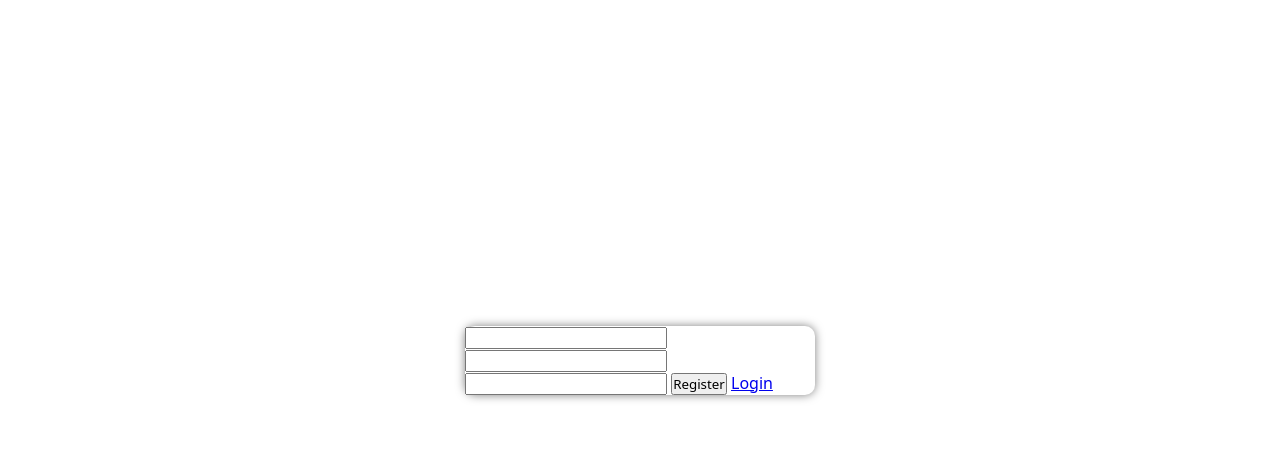
Repository: SanjaySokal/learn-java
Page: http://localhost/ServletProject/home.jsp
The author's editor kept a copy of each file at every save. The page is drawn from the files as they stood at one save, then again after the next save.
The browser window is 1280 px wide. The pictures show the whole page.
The page is served by Tomcat 9.

Above is the page before, as saved 2023-09-09 03:07:27.

After the next save:
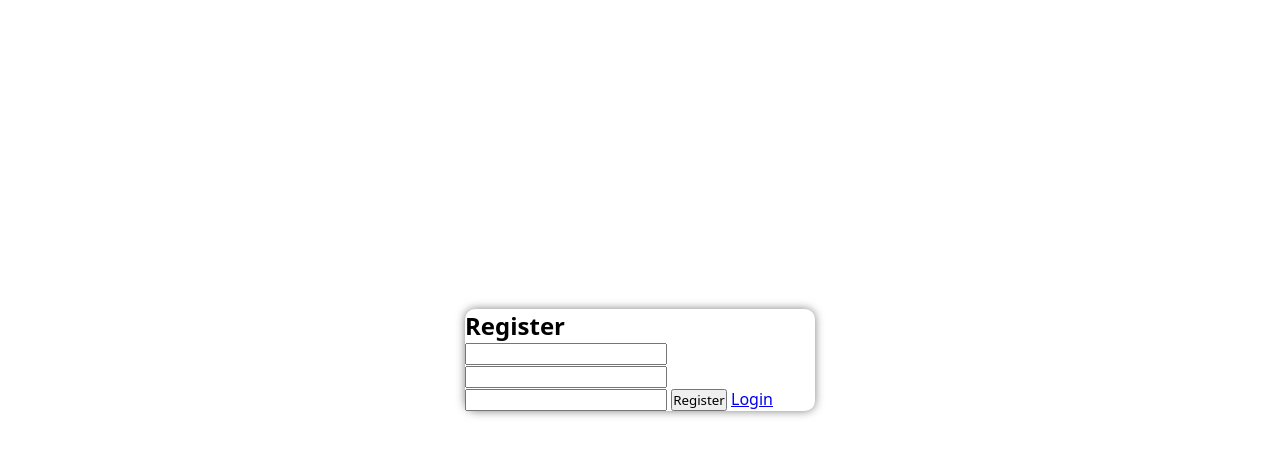
Saved 55 s later.
--- a/ServletProject/src/main/webapp/home.jsp
+++ b/ServletProject/src/main/webapp/home.jsp
@@ -10,6 +10,7 @@
 <body>
 	<div class="body-center">
 		<form method="post" action="register">
+			<h2>Register</h2>
 			<input type="text" name="name" required>
 			<input type="email" name="email" required>
 			<input type="password" name="password" required>
